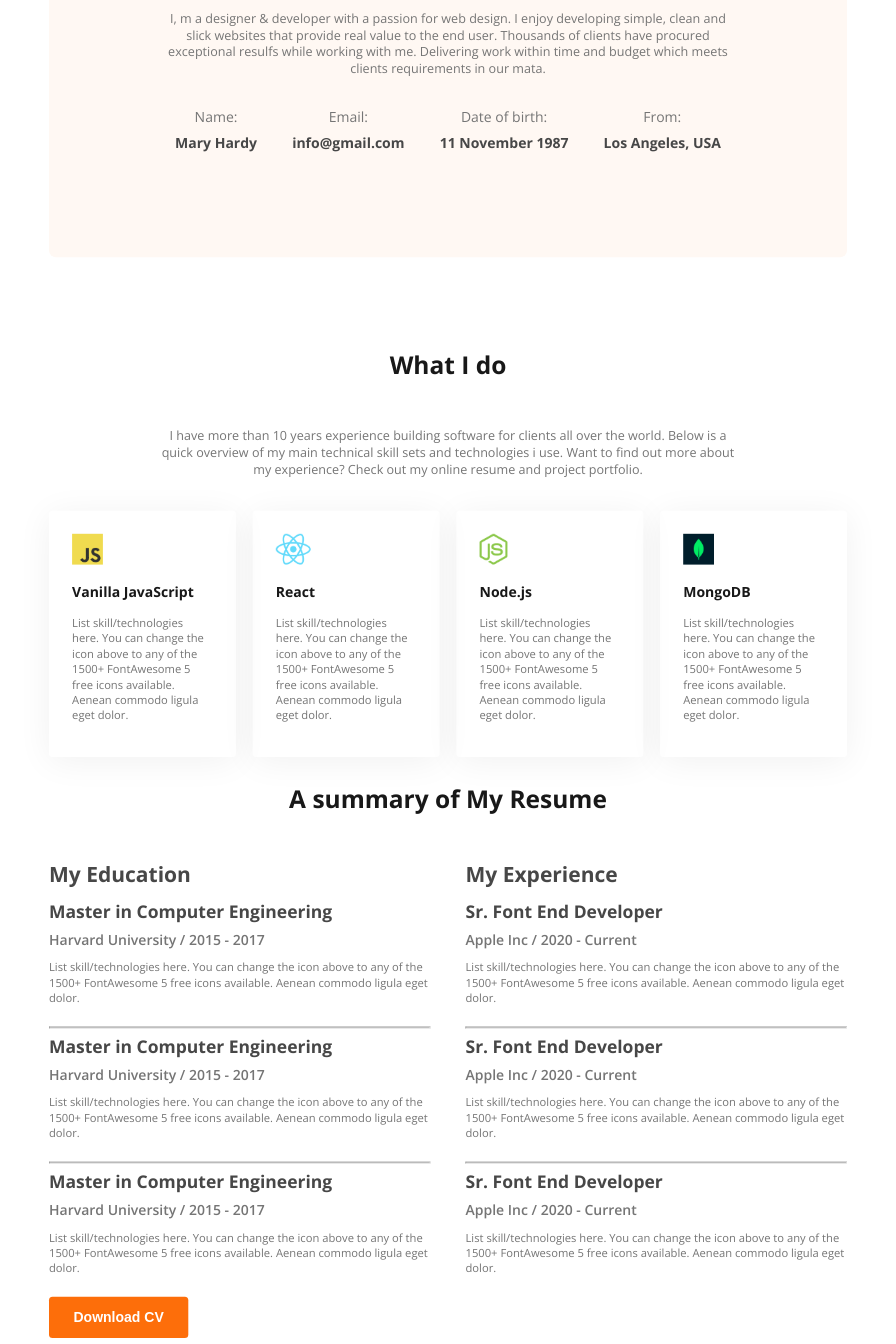
Repository: ShouravAhammed/Simple-Portfolio-Webpage
Page: index.html
An editor plug-in stored every save of this project. The page is shown before and after the next save, followed by the edit.
The browser window is 1280 px wide. The pictures show the part of the page from y = 1131 to 3051 px (the page is 3051 px tall), at 70% of full size.

Above is the page before, as saved 2024-01-06 03:22:03.

### index.html
<!DOCTYPE html>
<html lang="en">
<head>
    <meta charset="UTF-8">
    <meta name="viewport" content="width=device-width, initial-scale=1.0">
    <title>Mary</title>
    <link rel="stylesheet" href="index.css">
</head>
<body>
    <header class="header">
        <nav>
            <h3 class="nav-title">Ma<span class="text-primary">r</span>y</h3>
            <ul class="navber">
                <li><a href="">Portfolio</a></li>
                <li><a href="">Blog</a></li>
                <li><button class="btn-primary">Hire Me</button></li>
            </ul>
        </nav>
        <div class="banner">
            <div class="banner-content">
                <h3 class="banner-greeting">Hi, I  am</h3>
                <h1 class="banner-title">Mary Hardy</h1>
                <p class="banner-description">Shot what able cold new see hold.Friendly as an betrayed formerly he. Morning because as to society behaved moments.</p>
                <button class="btn-primary">Download</button>
                <button class="btn-primary">Contact</button>
            </div>
            <img class="profile-pic" src="images/hardy.png" alt="profile-pic">
        </div>
    </header>
    <main>
        <section class="about">
            <h3 class="section-title">About Me</h3>
            <p class="section-description">I, m a designer & developer with a passion for web design. I enjoy developing simple, clean and slick websites that provide real value to the end user. Thousands of clients have procured exceptional resulfs while working with me. Delivering work within time and budget which meets clients requirements in our mata.</p>
            <div class="about-info-container">
                <div class="about-info">
                    <h4 class="info-title">Name:</h4>
                    <p class="info-description">Mary Hardy</p>
                </div>
                <div class="about-info">
                    <h4 class="info-title">Email:</h4>
                    <p class="info-description">info@gmail.com</p>
                </div>
                <div class="about-info">
                    <h4 class="info-title">Date of birth:</h4>
                    <p class="info-description">11 November 1987</p>
                </div>
                <div class="about-info">
                    <h4 class="info-title">From:</h4>
                    <p class="info-description">Los Angeles, USA</p>
                </div>
            </div>
        </section>
        <!-- what i do section  -->
        <section>
            <h3 class="section-title">What I do</h3>
            <p id="what-i-do-description" class="section-description">I have more than 10 years experience building software for clients all over the world. Below is a quick overview of my main technical skill sets and technologies i use. Want to find out more about my experience? Check out my online resume and project portfolio.</p>
            <div class="skills-container">
                <div class="skills">
                    <img src="images/icons/js.png" alt="">
                    <h3 class="skills-title">Vanilla JavaScript</h3>
                    <p class="skills-description">List skill/technologies here. You can change the icon above to any of the 1500+ FontAwesome 5 free icons available. Aenean commodo ligula eget dolor.</p>
                </div>
                <div class="skills">
                    <img src="images/icons/react.png" alt="">
                    <h3 class="skills-title">React</h3>
                    <p class="skills-description">List skill/technologies here. You can change the icon above to any of the 1500+ FontAwesome 5 free icons available. Aenean commodo ligula eget dolor.</p>
                </div>
                <div class="skills">
                    <img src="images/icons/nodejs.png" alt="">
                    <h3 class="skills-title">Node.js</h3>
                    <p class="skills-description">List skill/technologies here. You can change the icon above to any of the 1500+ FontAwesome 5 free icons available. Aenean commodo ligula eget dolor.</p>
                </div>
                <div class="skills">
                    <img src="images/icons/mongo.png" alt="">
                    <h3 class="skills-title">MongoDB</h3>
                    <p class="skills-description">List skill/technologies here. You can change the icon above to any of the 1500+ FontAwesome 5 free icons available. Aenean commodo ligula eget dolor.</p>
                </div>
            </div>
        </section>
        <!-- Resume section -->
        <section>
            <h3 class="section-title">A summary of My Resume</h3>
            <div class="resume-container">
                <div class="resume-colum">
                    <h3 class="resume-column-title">My Education</h3>
                    <div class="resume-item">
                        <h3 class="resume-item-title">Master in Computer Engineering</h3>
                        <h4 class="resume-item-institute">Harvard University / 2015 - 2017</h4>
                        <p class="resume-item-description">List skill/technologies here. You can change the icon above
                            to any of the 1500+ FontAwesome 5 free icons available. Aenean commodo ligula eget dolor.</p>
                    </div>
                    <hr>
                    <div class="resume-item">
                        <h3 class="resume-item-title">Master in Computer Engineering</h3>
                        <h4 class="resume-item-institute">Harvard University / 2015 - 2017</h4>
                        <p class="resume-item-description">List skill/technologies here. You can change the icon above
                            to any of the 1500+ FontAwesome 5 free icons available. Aenean commodo ligula eget dolor.</p>
                    </div>
                    <hr>
                    <div class="resume-item">
                        <h3 class="resume-item-title">Master in Computer Engineering</h3>
                        <h4 class="resume-item-institute">Harvard University / 2015 - 2017</h4>
                        <p class="resume-item-description">List skill/technologies here. You can change the icon above
                            to any of the 1500+ FontAwesome 5 free icons available. Aenean commodo ligula eget dolor.</p>
                    </div>
                </div>
                <div class="resume-colum">
                    <h3 class="resume-column-title">My Experience</h3>
                    <div class="resume-item">
                        <h3 class="resume-item-title">Sr. Font End Developer</h3>
                        <h4 class="resume-item-institute">Apple Inc / 2020 - Current</h4>
                        <p class="resume-item-description">List skill/technologies here. You can change the icon above
                            to any of the 1500+ FontAwesome 5 free icons available. Aenean commodo ligula eget dolor.</p>
                    </div>
                    <hr>
                    <div class="resume-item">
                        <h3 class="resume-item-title">Sr. Font End Developer</h3>
                        <h4 class="resume-item-institute">Apple Inc / 2020 - Current</h4>
                        <p class="resume-item-description">List skill/technologies here. You can change the icon above
                            to any of the 1500+ FontAwesome 5 free icons available. Aenean commodo ligula eget dolor.</p>
                    </div>
                    <hr>
                    <div class="resume-item">
                        <h3 class="resume-item-title">Sr. Font End Developer</h3>
                        <h4 class="resume-item-institute">Apple Inc / 2020 - Current</h4>
                        <p class="resume-item-description">List skill/technologies here. You can change the icon above
                            to any of the 1500+ FontAwesome 5 free icons available. Aenean commodo ligula eget dolor.</p>
                    </div>
                </div>
            </div>
            <div class="download-cv">
                <button class="btn-primary">Download CV</button>
            </div>
        </section>

    </main>
    <footer>

    </footer>
</body>
</html>

### index.css
@import url('https://fonts.googleapis.com/css2?family=Lato:ital,wght@0,100;0,300;0,400;0,700;0,900;1,100;1,300;1,400;1,700;1,900&display=swap');
@import url('https://fonts.googleapis.com/css2?family=Open+Sans:ital,wght@0,300;0,400;0,500;0,600;0,700;0,800;1,300;1,400;1,500;1,600;1,700;1,800&display=swap');
/* google fonts import */
/* *{
    margin: 0;
    padding: 0;
    outline: 0;
} */
ul, ol{
    list-style: none;
}
body{
    font-family: 'Open Sans', sans-serif;
}
hr{
    background: #D1D1D1;
    height: 1px;
}
.text-primary{
    color: #FD6E0A;
}
.btn-primary{
    border-radius: 5px;
    color: #fff;
    background: #FD6E0A;
    font-size: 20px;
    font-weight: 700;
    padding: 18px 35px;
    border: 0;
}

/* nav related style */
nav{
    display: flex;
    justify-content: space-between;
    align-items: center;
    margin: 0 200px;
}
.nav-title{
    color: #181818;
    font-size: 45px;
    font-weight: 800;
}
nav > ul{
    display: flex;
    align-items: center;
}
nav li{
    margin-right: 50px;
}
nav a{
    text-decoration: none;
    color: #474747;
}
/* header related style */
.header{
    background: #FFF8F3;
    background-image: url(images/header_bg.png);
    background-position: bottom right;
    background-repeat: no-repeat;
}
.banner{
    display: flex;
    justify-content: space-between;
    padding: 30px 30px 0px 150px;
    align-items: center;
}
.banner-content{
    max-width: 580px;
}
.banner .profile-pic{
    width: 500px;
}
.banner-greeting{
    color: #474747;
    font-size: 45px;
    margin-bottom: 0;
}
.banner-title{
    color: #181818;
    font-size: 85px;
    font-weight: 700;
    margin-top: 5px;
    margin-bottom: 20px;
}
.banner-description{
    color: #575757;
    font-size: 18px;
    font-weight: 400;
    margin-bottom: 20px;
}
/* main part style */
main{
    max-width: 1140px;
    margin: 0 auto;
}
/* about part style */
.about{
    border-radius: 10px;
    background: #FFF8F3;
    margin: 130px 0px;
    padding: 130px 155px;
}
.section-title{
    color: #181818;
    text-align: center;
    font-size: 35px;
    font-weight: 700;
}
.section-description{
    color: #757575;
    text-align: center;
    font-size: 18px;
    font-weight: 400;
}
.about-info-container{
    display: flex;
    justify-content: space-around;
}
.about-info{
    text-align: center;
}
.info-title{
    color:  #757575;
    text-align: center;
    font-size: 20px;
    font-weight: 400;
    margin-bottom: 0px;
}
.info-description{
    color:#474747;
    font-size: 20px;
    font-weight: 700;
    margin-top: 10px;
}
#what-i-do-description{
    padding: 30px 150px;
}
/* what i do section style */
.skills-container{
    display: flex;
    gap: 24px;
}
.skills{
    border-radius: 5px;
    box-shadow: 0px 6px 50px 0px rgba(0, 0, 0, 0.06);
    padding: 33px
}
.skills-title{
    color: #181818;
    font-size: 20px;
    font-weight: 700;
}
.skills-description{
    color:#757575;
    font-size: 16px;
    font-weight: 400;
}
/* Resume sectionpart start */
.resume-container{
    display: flex;
    gap: 50px;
}
.resume-column-title{
    color:#474747;
    font-size: 30px;
    font-weight: 700;
    margin-bottom: 15px;
}
.resume-item-title{
    color: #474747;
    font-size: 25px;
    font-weight: 700;
    margin-top: 0px;
    margin-bottom: 10px;
}
.resume-item-institute{
    color: #757575;
    font-size: 20px;
    font-weight: 600;
    margin-top: 0px;
    margin-bottom: 15px;
}
.resume-item-description{
    color: #757575;
    font-size: 16px;
    font-weight: 400;
    margin-top: 10px;
    margin-bottom: 30px;
}

After the next save:
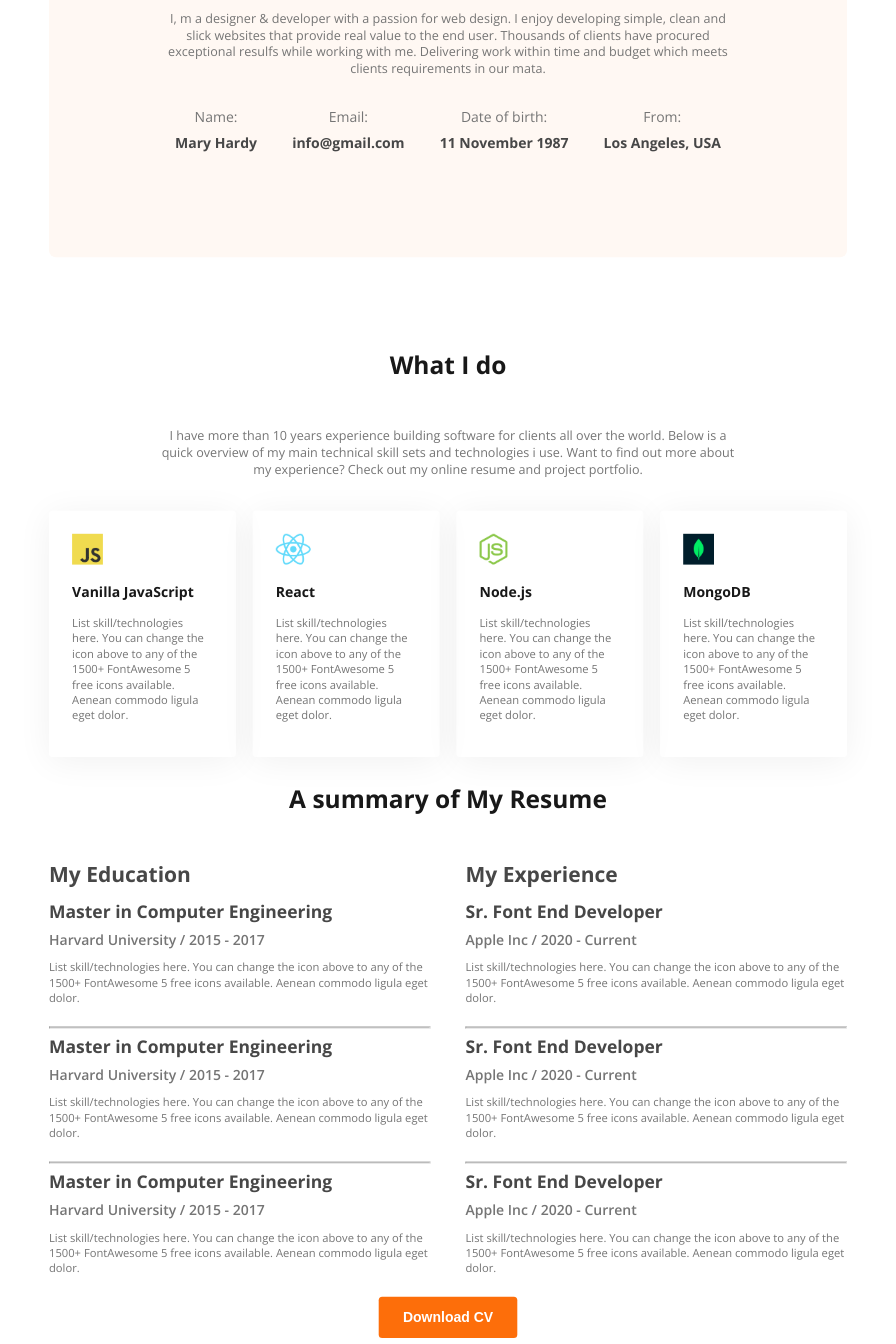
Saved 12 s later.
--- a/index.css
+++ b/index.css
@@ -188,3 +188,6 @@ main{
     margin-top: 10px;
     margin-bottom: 30px;
 }
+.download-cv{
+    text-align: center;
+}
